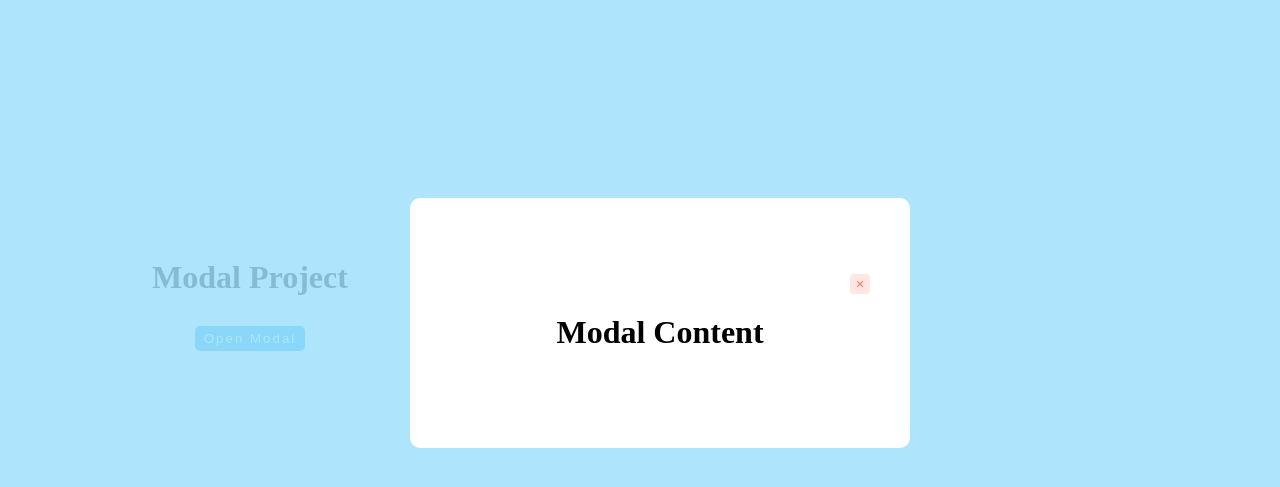
Repository: Trapti10/20-js-practice-projects-in-7-days-challenge
Page: Project_4_Modal_Project/index.html
These files come from the project's save history. The page is drawn as it stood at one moment and after the next save; the edit follows.
The browser window is 1280 px wide. The pictures show the whole page.

Above is the page before, as saved 2025-11-24 14:00:24.

After the next save:
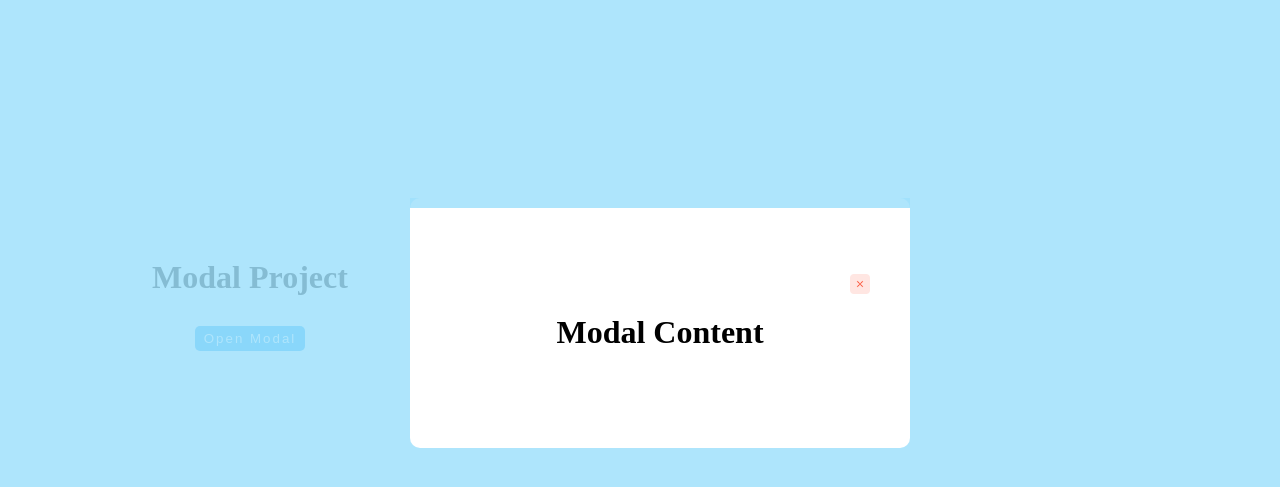
Saved 23 s later.
--- a/Project_4_Modal_Project/style.css
+++ b/Project_4_Modal_Project/style.css
@@ -94,4 +94,5 @@ header{
     top: 0;
     height: 10px;
     width: 100%;
+    background: rgba(159, 225, 252, 0.84);
 }
